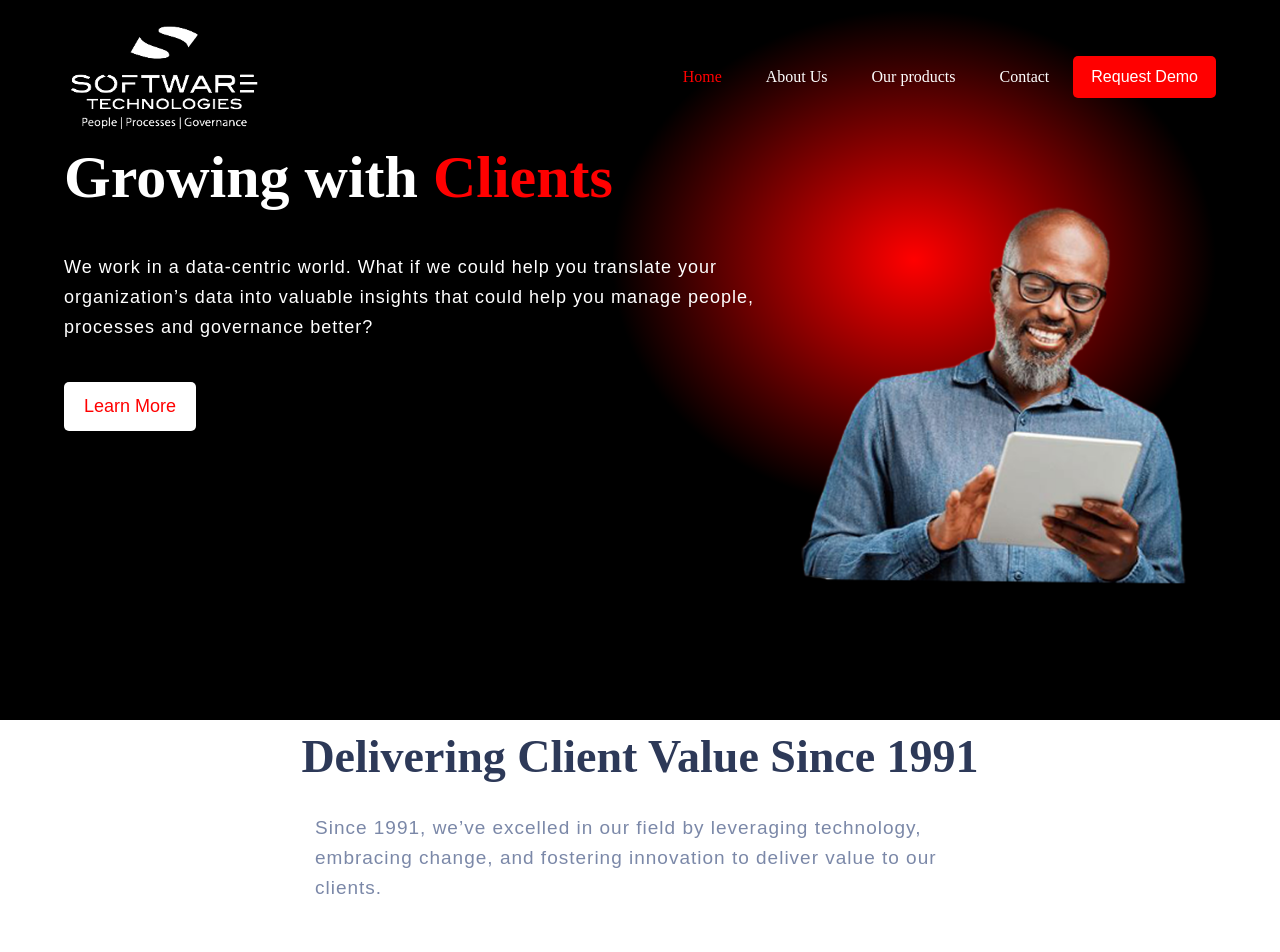
Repository: Kaleidiana/IST
Page: home.html
The author's editor kept a copy of each file at every save. The page is drawn from the files as they stood at one save, then again after the next save.
The browser window is 1280 px wide. The pictures show the part of the page from y = 0 to 952 px (the page is 4714 px tall).
A picture or video elsewhere on the page could not be fetched, so the positions and the page height are approximate.

Above is the page before, as saved 2024-03-20 11:53:07.

After the next save:
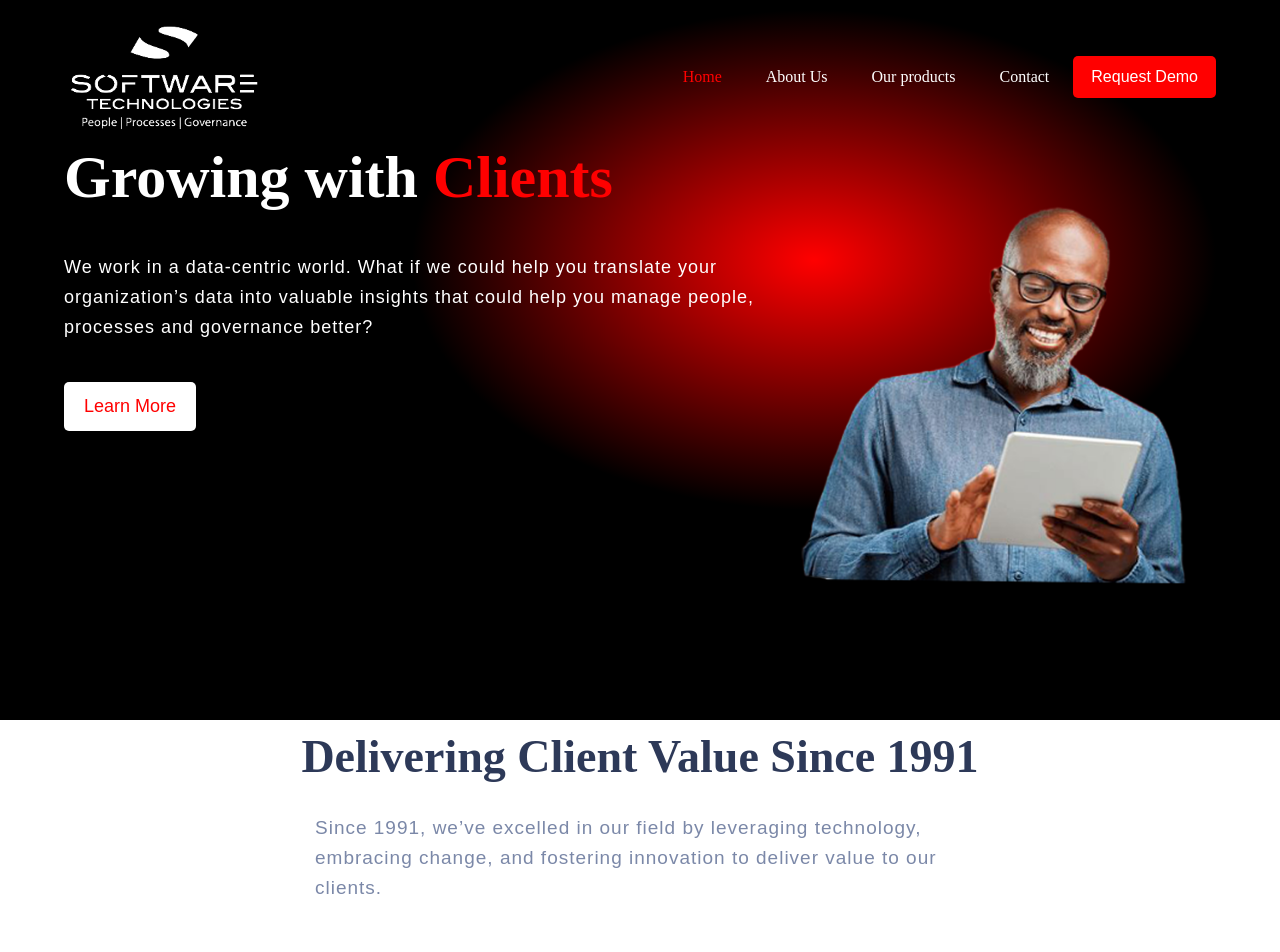
Saved 2 min 36 s later.
--- a/home.css
+++ b/home.css
@@ -6,7 +6,7 @@
 
 .header {
     width: 100%;
-    background: radial-gradient(closest-side at 850px 250px, red, black);
+    background: radial-gradient(closest-side at 750px 250px, red, black);
     color: #fff;
 }
 
